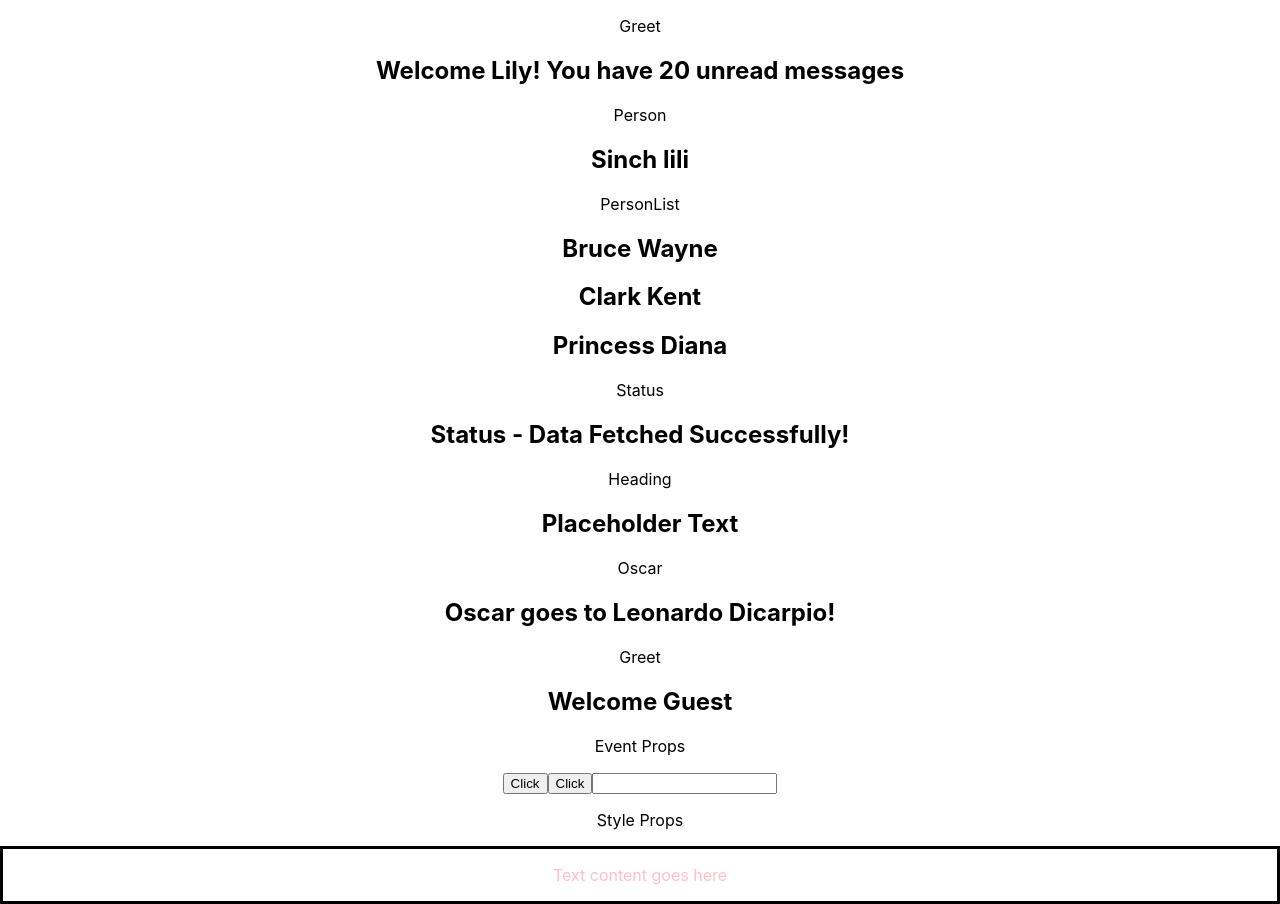
Repository: sinchana-P/react-typescript-demo
Page: /
The author's editor kept a copy of each file at every save. The page is drawn from the files as they stood at one save, then again after the next save.
The browser window is 1280 px wide. The pictures show the whole page.
The project was rebuilt for these pictures with package versions that can differ from the ones it lists, and the page was loaded fresh each time.

Above is the page before, as saved 2023-12-03 13:52:11.

### src/App.tsx
import { log } from 'console';
import './App.css';
import Button from './components/Button';
import { Greet } from './components/Greet';
import Heading from './components/Heading';
import Oscar from './components/Oscar';
import Person from './components/Person';
import PersonList from './components/PersonList';
import Status from './components/Status';
import { Input } from './components/Input';
import { Container } from './components/Container';

// Type Inference: hover on App Component: to see the return type of App Component.
function App() {

  const personName = {
    first: "Sinch",
    last: "lili"
  }

  const nameList = [
    {
      first: "Bruce",
      last: "Wayne"
    },
    {
      first: "Clark",
      last: "Kent"
    },
    {
      first: "Princess",
      last: "Diana"
    }
  ]

  return (
    <div className="App">
      <p>Greet</p>
      <Greet name="Lily" messageCount={20} isLoggedIn={ true } />

      <p>Person</p>
      <Person name={personName} />

      <p>PersonList</p>
      <PersonList names={nameList} />

      <p>Status</p>
      <Status status="success" />

      <p>Heading</p>
      <Heading>Placeholder Text</Heading>

      <p>Oscar</p>
      <Oscar>
        <Heading>Oscar goes to Leonardo Dicarpio!</Heading>
      </Oscar>

      <p>Greet</p>
      <Greet name="Lily" isLoggedIn={false} />

      {/* 6. Event Props */}
      <p>Event Props</p>
      <Button handleClick={() => {
        console.log('Button Clicked');
      }} />
      <Button handleClick={(event, id) => {
        console.log('Button Clicked', event, id);
      }} />
      <Input value='' handleChange={event => console.log(event)} />

      {/* 7. Style Props  */}
      <p>Style Props</p>
      <Container styles={{ border: '3px solid black', padding: '1rem', color: 'pink' }} />


    </div>
  );
}

export default App;

### src/components/Button.tsx
import React from 'react'

type ButtonProps = {
  // handleClick: () => void
  handleClick: (event: React.MouseEvent<HTMLButtonElement>, id: number) => void
}

const Button = (props: ButtonProps) => {
  return (
    <button onClick={(event) => props.handleClick(event, 1)}>Click</button>
  )
}

export default Button

### src/components/Greet.tsx
import React from 'react'

type GreetProps = {
    name: string
    messageCount?: number   // to make it optional
    isLoggedIn: boolean
}

export const Greet = (props: GreetProps) => {
  const { messageCount = 0 } = props     // destructuring object & assigning a default value
  return (
    <h2>
      {
        props.isLoggedIn
          ? `Welcome ${props.name}! You have ${messageCount} unread messages`
          : `Welcome Guest`
      }

    </h2>
  )
}

// export default Greet


// 2 benefits
// 1. Autocompletion of properties suggestion
// 2. Type Safety

// Types vs Interfaces
// 1. use Types - for Application
// 2. use Interfaces - for Libraries

### src/components/Heading.tsx
import React from 'react'

type HeadingProps = {
    children: string
}

const Heading = (props: HeadingProps) => {
  return (
      <h2>{props.children}</h2>
  )
}

export default Heading

### src/components/Oscar.tsx
import React from 'react'

type OscarProps = {
    // children: string   --- wrong ---
    children: React.ReactNode
}

const Oscar = (props: OscarProps) => {
  return (
      <div>{ props.children }</div>
  )
}

export default Oscar

### src/components/Person.tsx
import React from 'react'

import { PersonProps } from './Person.types'

// type PersonProps = {
//     name: {
//         first: string
//         last: string
//     }
// }

const Person = (props: PersonProps) => {
    return (
        <h2>{ props.name.first }  { props.name.last }</h2>
  )
}

export default Person

### src/components/PersonList.tsx
import React from 'react'

type PersonListProps = {
    names: {
        first: string
        last: string
    }[]     // array of objects
}

const PersonList = (props: PersonListProps) => {
  return (
      <div>

          {
              props.names.map((name, index) => {
                  return (
                      <h2 key={index}>{name.first} { name.last }</h2>
                  )
              })
          }

          {/* <h2>Bruce Wayne</h2>
          <h2>Clark Kent</h2>
          <h2>Princess Diana</h2> */}
    </div>
  )
}

export default PersonList

### src/components/Status.tsx
import React from 'react'

type StatusProps = {
    // status: string
    status: 'loading' | 'success' | 'error'
}

const Status = (props: StatusProps) => {
    let message;
    if (props.status === 'loading') {
        message = 'Loading...'
    } else if (props.status === 'success') {
        message = 'Data Fetched Successfully!'
    } else if (props.status === 'error') {
        message = 'Error Fetching Data'
    }
  return (
    <div>
          <h2>Status - { message }</h2>
    </div>
  )
}

export default Status

### src/components/Input.tsx
import React from 'react'

type InputProps = {
    value: string
    handleChange: (event: React.ChangeEvent<HTMLInputElement>) => void
}

export const Input = ({ value, handleChange }: InputProps) => {

    const handleInputChange = (event: React.ChangeEvent<HTMLInputElement>) => {
        console.log(event);
    }

    return <input type='text' value={value} onChange={handleInputChange} />
}


// export const Input = (props: InputProps) => {

//     const handleInputChange = (event: React.ChangeEvent<HTMLInputElement>) => {
//         console.log(event);
//     }

//     return <input type='text' value={props.value} onChange={handleInputChange} />
// }

// export const Input = (props: InputProps) => {
//   return <input type='text' value={props.value} onChange={props.handleChange} />
// }



// Note:
// It doesn't matter if u pass the event as a prop or define it within the component,
// Typing Event Arguments remain the same.

// 1. onClick
// 2. onChange

### src/components/Container.tsx
// 7. Style Props

import React from 'react'

type ContainerProps = {
    styles: React.CSSProperties
}

export const Container = (props: ContainerProps) => {
  return (
        <div style={props.styles}>
          Text content goes here
        </div>
        // <div style={{ border: '1px solid black', padding: '1rem' }}>
        //   Text content goes here
        // </div>
  )
}

Loaded but not shown: public/index.html (common file); src/index.tsx (common file); src/index.css (common file); src/reportWebVitals.ts (common file); src/App.css (common file)

After the next save:
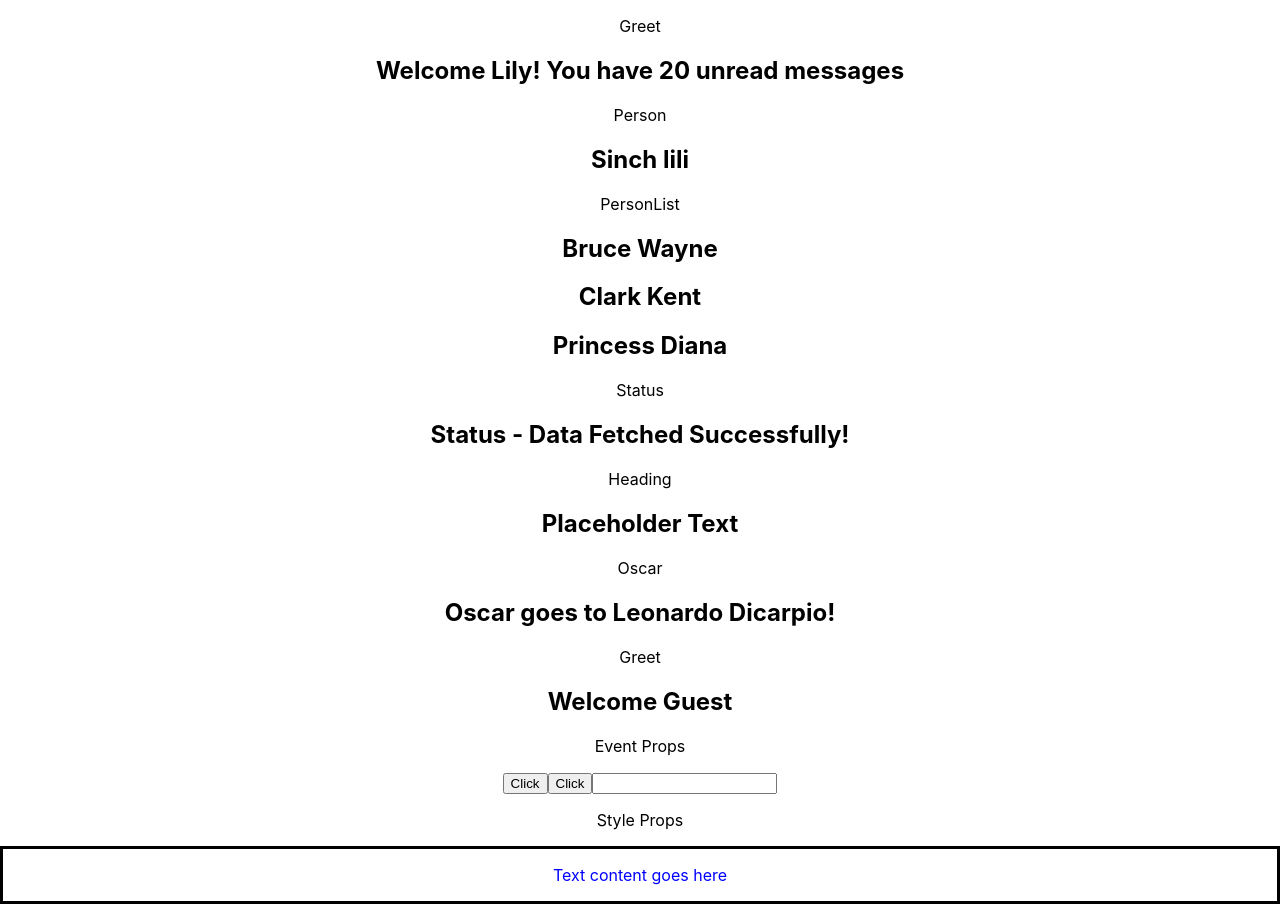
Saved 8 s later.
--- a/src/App.tsx
+++ b/src/App.tsx
@@ -70,7 +70,7 @@ function App() {
 
       {/* 7. Style Props  */}
       <p>Style Props</p>
-      <Container styles={{ border: '3px solid black', padding: '1rem', color: 'pink' }} />
+      <Container styles={{ border: '3px solid black', padding: '1rem', color: 'blue' }} />
 
 
     </div>
